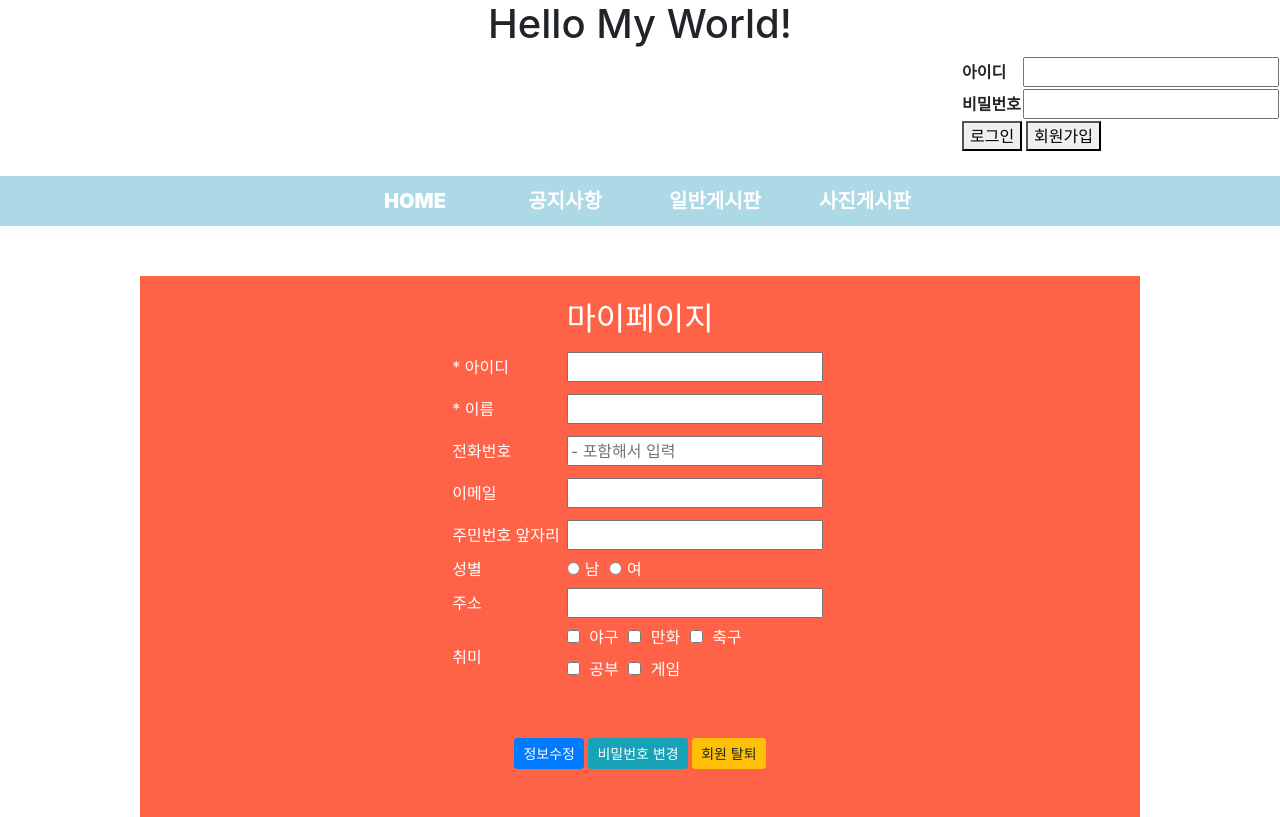
Repository: Developer-Choi-Jae-Young/FrameworkPractice
Page: http://localhost/mybatisProject/myPage.me
An editor plug-in stored every save of this project. The page is shown before and after the next save, followed by the edit.
The browser window is 1280 px wide. The pictures show the whole page.
The page is served by Tomcat 9. Other server files are loaded and not shown.

Above is the page before, as saved 2024-09-04 06:11:53.

### mybatis/mybatisProject/webapp/WEB-INF/views/member/myPage.jsp
<%@ page language="java" contentType="text/html; charset=UTF-8"
    pageEncoding="UTF-8"%>
<!DOCTYPE html>
<html>
<head>
<meta charset="UTF-8">
<title>Insert title here</title>

<style>
	.outer {
		background-color: tomato;
		color: white;
		width: 1000px;
		margin: auto;
		margin-top: 50px;
	}

	#enroll-form table {
		margin: auto;
	}

	#enroll-form input {
		margin: 5px;
	}
</style>

</head>
<body>
	<%@ include file="../common/menubar.jsp" %>

	<div class="outer">
		<br>

		<h2 align="center">마이페이지</h2>

		<form id="enroll-form" action="<%= contextPath %>/update.me" method="post">
			<table>
				<tr>
					<td>* 아이디</td>
					<td>
						<input type="text" name="userId" maxlength="12" value="${ sessionScope.loginUser.userId }" readonly="readonly">
					</td>
				</tr>
				<tr>
					<td>* 이름</td>
					<td>
						<input type="text" name="userName" maxlength="6" value="${ sessionScope.loginUser.userName }" required>
					</td>
				</tr>
				<tr>
					<td>전화번호</td>
					<td>
						<input type="tel" name="phone" placeholder="- 포함해서 입력" value="${ sessionScope.loginUser.phone }">
					</td>
				</tr>
				<tr>
					<td>이메일</td>
					<td>
						<input type="email" name="email" value="${ sessionScope.loginUser.email }">
					</td>
				</tr>
				<tr>
					<td>주민번호 앞자리</td>
					<td>
						<input type="text" name="birthday" value="${ sessionScope.loginUser.birthday }">
					</td>
				</tr>
				<tr>
					<td>성별</td>
					<td>
						<input type="radio" name="gender" value="M">남
						<input type="radio" name="gender" value="F">여
					</td>
				</tr>
				<tr>
					<td>주소</td>
					<td>
						<input type="text" name="address" value="${ sessionScope.loginUser.address }">
					</td>
				</tr>
				<tr>
					<td>취미</td>
					<td>
						<input type="checkbox" name="interest" value="야구" id="baseball">
						<label for="baseball">야구</label>

						<input type="checkbox" name="interest" value="만화" id="cartoon">
						<label for="cartoon">만화</label>

						<input type="checkbox" name="interest" value="축구" id="soccer">
						<label for="soccer">축구</label>

						<br>

						<input type="checkbox" name="interest" value="공부" id="study">
						<label for="study">공부</label>

						<input type="checkbox" name="interest" value="게임" id="game">
						<label for="game">게임</label>
					</td>
				</tr>
			</table>

			<br><br>

			<div align="center">
				<button class="btn btn-sm btn-primary" type="submit">정보수정</button>
				<button class="btn btn-sm btn-info" type="button" data-toggle="modal" data-target="#updatePwdModal">비밀번호 변경</button>
				<button class="btn btn-sm btn-warning" type="button" data-toggle="modal" data-target="#deleteMemberModal">회원 탈퇴</button>
			</div>

			<br><br>
		</form>
	</div>

	<!-- 비밀번호 변경용 모달 -->
	<div class="modal fade" id="updatePwdModal" tabindex="-1" aria-labelledby="updatePwdModalLabel" aria-hidden="true">
	  <div class="modal-dialog">
	    <div class="modal-content">
	      <div class="modal-header">
	        <h1 class="modal-title fs-5" id="updatePwdModalLabel">비밀번호 변경</h1>
	        <button type="button" class="close" data-dismiss="modal" aria-label="Close">&times</button>
	      </div>
	      <div class="modal-body">
	        <form action="<%= contextPath %>/updatePwd.me" method="post">
	          <div class="mb-3">
	            <label for="userPwd" class="col-form-label">현재 비밀번호:</label>
	            <input type="password" class="form-control" id="userPwd" name="userPwd">
	          </div>
	          <div class="mb-3">
	            <label for="newPassword" class="col-form-label">변경할 비밀번호:</label>
	            <input type="password" class="form-control" id="newPassword" name="newPassword"></input>
	          </div>
	           <div class="mb-3">
	            <label for="newPasswordCheck" class="col-form-label">변경할 비밀번호 확인:</label>
	            <input type="password" class="form-control" id="newPasswordCheck" name="newPasswordCheck"></input>
	          </div>

	          <br>

	          <button class="btn btn-sm btn-info" onclick="return pwdCheck();">비밀번호 변경</button>
	        </form>
	      </div>
	      <!-- 모달 푸터 부분 -->
	      <!--<div class="modal-footer">
	        <button type="button" class="btn btn-secondary" data-dismiss="modal">Close</button>
	        <button type="button" class="btn btn-primary">Send message</button>
	      </div> -->
	    </div>
	  </div>
	</div>

	<!-- 회원탈퇴 모달 -->
	<div class="modal fade" id="deleteMemberModal" tabindex="-1" aria-labelledby="deleteMemberModalLabel" aria-hidden="true">
	  <div class="modal-dialog">
	    <div class="modal-content">
	      <div class="modal-header">
	        <h2 class="modal-title fs-5" id="deleteMemberModalLabel">회원탈퇴</h2>
	        <button type="button" class="close" data-dismiss="modal" aria-label="Close">&times</button>
	      </div>
	      <div class="modal-body">
	        <form action="<%= contextPath %>/delete.me" method="post">
	          <b>
	          	탈퇴 후 복구 불가능합니다. <br>
	          	그래도 탈퇴하시겠습니까?
	          </b>
	          <br><br>
	          <div class="mb-3">
	            <label for="userPwd" class="col-form-label">비밀번호:</label>
	            <input type="password" class="form-control" id="userPwd" name="userPwd" required>
	            <input type="hidden" name="userId" value="${ loginUser.userId }">
	          </div>

	          <br>

	          <button class="btn btn-sm btn-info">탈퇴하기</button>
	        </form>
	      </div>
	      <!-- 모달 푸터 부분 -->
	      <!--<div class="modal-footer">
	        <button type="button" class="btn btn-secondary" data-dismiss="modal">Close</button>
	        <button type="button" class="btn btn-primary">Send message</button>
	      </div> -->
	    </div>
	  </div>
	</div>

	<script>
		function pwdCheck() {
			const pwd = document.querySelector("#updatePwdModal input[name=newPassword]").value;
			const pwdCheck = document.querySelector("#updatePwdModal input[name=newPasswordCheck]").value;

			if(pwd != pwdCheck) {
				alert("비밀번호와 비밀번호 확인 입력값이 다릅니다.");
				return false;
			}
		}

		$(function() {

		});
	</script>
</body>
</html>

### mybatis/mybatisProject/webapp/WEB-INF/views/common/menubar.jsp
<%@ page language="java" contentType="text/html; charset=UTF-8"
    pageEncoding="UTF-8"%>
<%@ taglib prefix="c" uri="http://java.sun.com/jsp/jstl/core" %>
<!DOCTYPE html>
<html>
<head>
<meta charset="UTF-8">
<title>Insert title here</title>

<!-- Latest compiled and minified CSS -->
<link rel="stylesheet" href="https://cdn.jsdelivr.net/npm/bootstrap@4.6.2/dist/css/bootstrap.min.css">

<!-- jQuery library -->
<script src="https://cdn.jsdelivr.net/npm/jquery@3.7.1/dist/jquery.min.js"></script>

<!-- Popper JS -->
<script src="https://cdn.jsdelivr.net/npm/popper.js@1.16.1/dist/umd/popper.min.js"></script>

<!-- Latest compiled JavaScript -->
<script src="https://cdn.jsdelivr.net/npm/bootstrap@4.6.2/dist/js/bootstrap.bundle.min.js"></script>

<style>
	.login-area > *{
		float: right;
	}

	.login-area a {
		text-decoration: none;
		color: black;
		font-size: 12px;
	}

	.nav-area{
		background-color: lightblue;
	}

	.menu {
		display: table-cell;
		width: 150px;
		height: 50px;
	}

	.menu a {
		text-decoration: none;
		color: white;
		font-size: 20px;
		font-weight: 900;
		display: inline-block;
		width: 100%;
		height: 100%;
		line-height: 50px;
	}

	.menu a:hover {
		background-color: pink;
	}
</style>
</head>
<body>
<%
	String contextPath = request.getContextPath();
	String alertMsg = (String)session.getAttribute("alertMsg");
%>
	<% if(alertMsg != null) { %>
	<script>
		alert("<%= alertMsg %>");
	</script>
	<% session.removeAttribute("alertMsg"); %>
	<% } %>

	<h1 align="center">Hello My World!</h1>

	<div class="login-area">
		<c:choose>
			<c:when test="${ empty loginUser }">
				<!-- 로그인 전 -->
				<form action="<%= contextPath %>/login.me" method="post">
					<table>
						<tr>
							<th>아이디</th>
							<td>
								<input type="text" name="userId" required>
							</td>
						</tr>
						<tr>
							<th>비밀번호</th>
							<td>
								<input type="password" name="userPwd" required>
							</td>
						</tr>
						<tr>
							<th colspan="2">
								<button type="submit">로그인</button>
								<button type="button" onclick="enrollPage();">회원가입</button>
							</th>
						</tr>
					</table>
					<script>
						// 회원가입 페이지 요청
						function enrollPage() {
							// 서블릿을 사용하여 페이지 요청
							location.href = "<%= contextPath %>/enrollForm.me"
						}
					</script>
				</form>
			</c:when>
			<c:otherwise>
				<!-- 로그인 후 -->
				<div>
					<b>${ loginUser.userName }</b>님의 방문을 환영합니다 ^^ <br><br>

					<div align="center">
						<a href="<%= contextPath %>/myPage.me">마이페이지</a>
						<a href="<%= contextPath %>/logout.me">로그아웃</a>
					</div>
				</div>
			</c:otherwise>
		</c:choose>

	</div>

	<br clear="both">
	<br>

	<div class="nav-area" align="center">
		<div class="menu"><a href="<%= contextPath %>">HOME</a></div>
		<div class="menu"><a href="#">공지사항</a></div>
		<div class="menu"><a href="#">일반게시판</a></div>
		<div class="menu"><a href="#">사진게시판</a></div>
	</div>

	<script>
		document.title = "MyBatis";
	</script>
</body>
</html>

### mybatis/mybatisProject/src/main/java/com/kh/mybatis/member/controller/MyPageController.java
package com.kh.mybatis.member.controller;

import java.io.IOException;
import javax.servlet.ServletException;
import javax.servlet.annotation.WebServlet;
import javax.servlet.http.HttpServlet;
import javax.servlet.http.HttpServletRequest;
import javax.servlet.http.HttpServletResponse;

/**
 * Servlet implementation class MyPageController
 */
@WebServlet("/myPage.me")
public class MyPageController extends HttpServlet {
	private static final long serialVersionUID = 1L;

    /**
     * @see HttpServlet#HttpServlet()
     */
    public MyPageController() {
        super();
        // TODO Auto-generated constructor stub
    }

	/**
	 * @see HttpServlet#doGet(HttpServletRequest request, HttpServletResponse response)
	 */
	protected void doGet(HttpServletRequest request, HttpServletResponse response) throws ServletException, IOException {
		request.getRequestDispatcher("WEB-INF/views/member/myPage.jsp").forward(request, response);
	}

	/**
	 * @see HttpServlet#doPost(HttpServletRequest request, HttpServletResponse response)
	 */
	protected void doPost(HttpServletRequest request, HttpServletResponse response) throws ServletException, IOException {
		// TODO Auto-generated method stub
		doGet(request, response);
	}

}

After the next save:
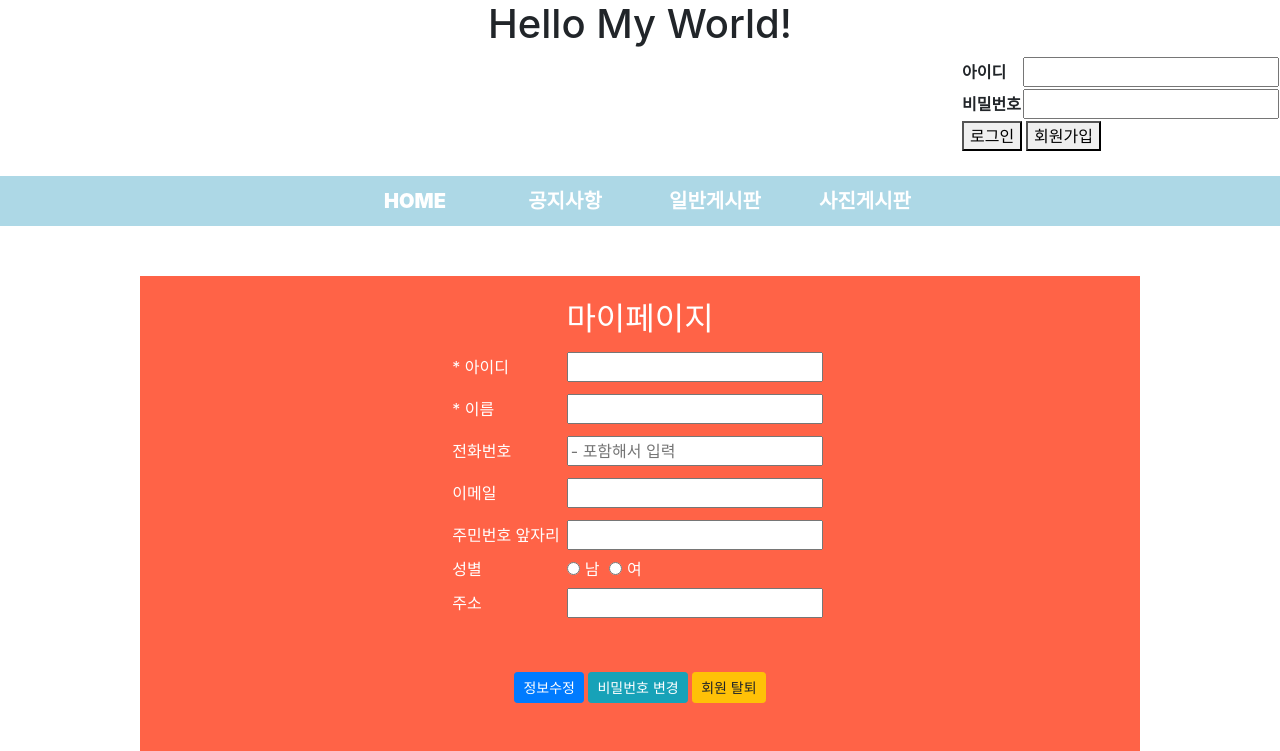
Saved 10 s later.
--- a/mybatis/mybatisProject/webapp/WEB-INF/views/member/myPage.jsp
+++ b/mybatis/mybatisProject/webapp/WEB-INF/views/member/myPage.jsp
@@ -76,27 +76,6 @@
 					<td>주소</td>
 					<td>
 						<input type="text" name="address" value="${ sessionScope.loginUser.address }">
-					</td>
-				</tr>
-				<tr>
-					<td>취미</td>
-					<td>
-						<input type="checkbox" name="interest" value="야구" id="baseball">
-						<label for="baseball">야구</label>
-
-						<input type="checkbox" name="interest" value="만화" id="cartoon">
-						<label for="cartoon">만화</label>
-
-						<input type="checkbox" name="interest" value="축구" id="soccer">
-						<label for="soccer">축구</label>
-
-						<br>
-
-						<input type="checkbox" name="interest" value="공부" id="study">
-						<label for="study">공부</label>
-
-						<input type="checkbox" name="interest" value="게임" id="game">
-						<label for="game">게임</label>
 					</td>
 				</tr>
 			</table>
